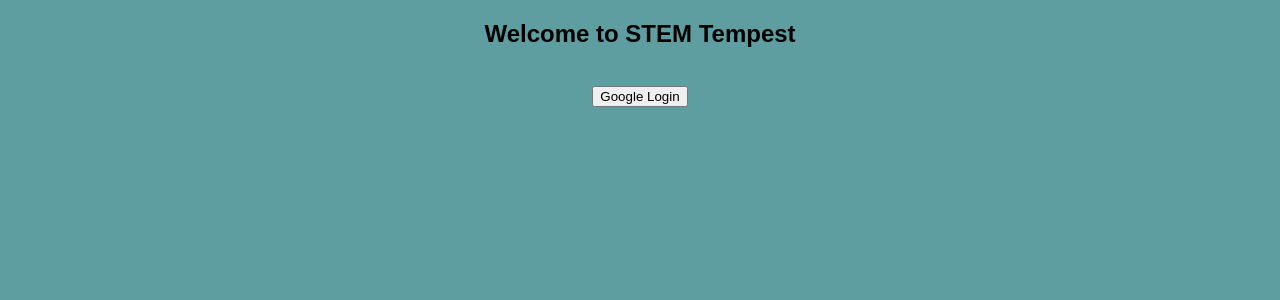
Repository: EvanHughes-dev/ReactPlaner
Page: /
The author's editor kept a copy of each file at every save. The page is drawn from the files as they stood at one save, then again after the next save.
The browser window is 1280 px wide. The pictures show the whole page.
The project was rebuilt for these pictures with package versions that can differ from the ones it lists, and the page was loaded fresh each time. Also part of the build but not shown: src/HomeFiles/Calender/Calender.js, src/HomeFiles/MainHome.js, src/Header/NewEvent.css, src/Header/HeadMain.js, src/App.css.

Above is the page before, as saved 2024-02-29 16:37:45.

After the next save:
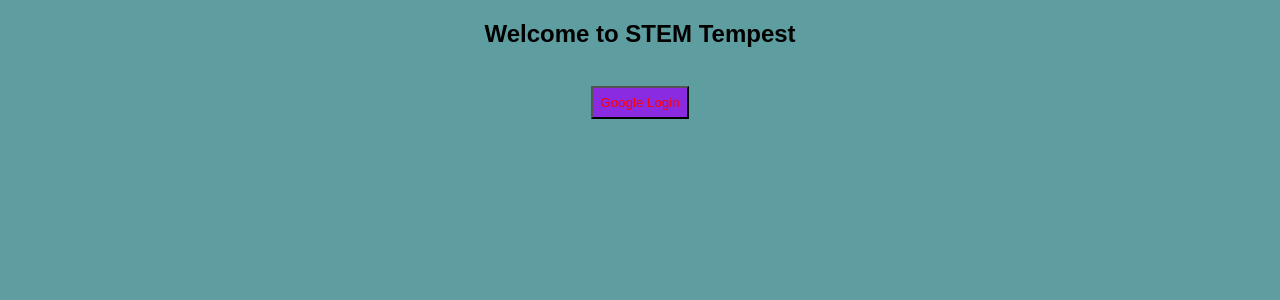
Saved 16 s later.
--- a/src/LoginPage/Welcome.jsx
+++ b/src/LoginPage/Welcome.jsx
@@ -1,4 +1,5 @@
 import "react";
+import "Welcome.css";
 
 const WelcomeScreen = () => {
   const ClickToLogin = () => {
